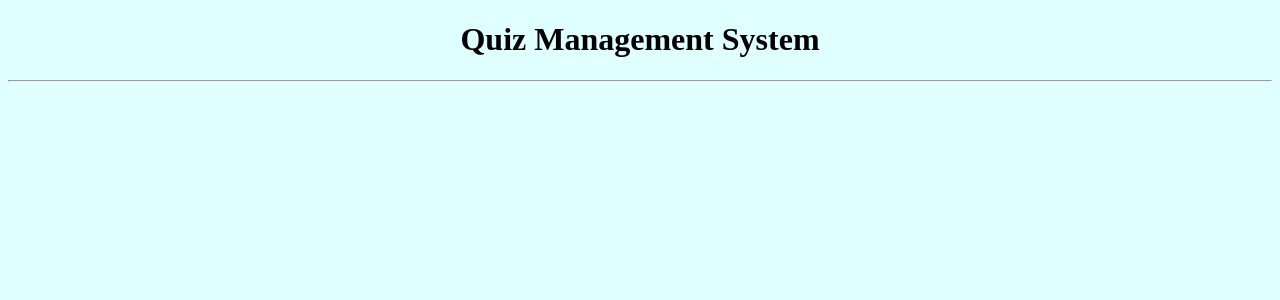
Repository: Rohitsenpai01/Quiz-Manangement-System
Page: http://localhost/WebQuizApp/admin.jsp
The author's editor kept a copy of each file at every save. The page is drawn from the files as they stood at one save, then again after the next save.
The browser window is 1280 px wide. The pictures show the whole page.
The page is served by Tomcat 9.

Above is the page before, as saved 2025-12-29 06:46:24.

After the next save:
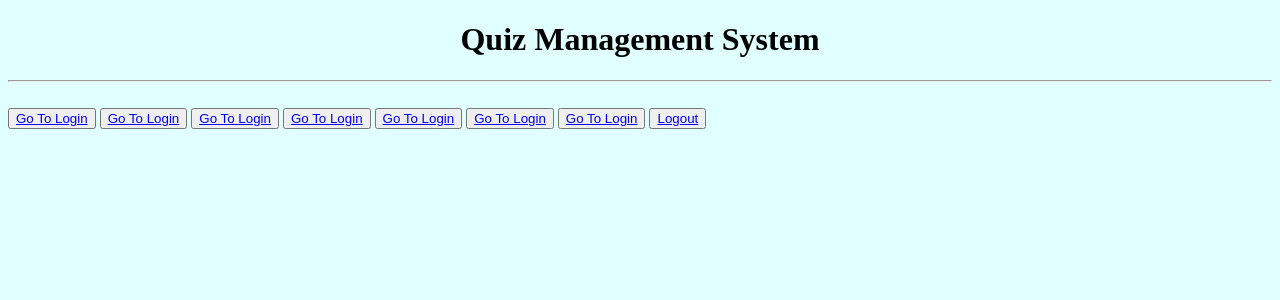
Saved 2 min 4 s later.
--- a/WebQuizApp/WebQuizApp/src/main/webapp/admin.jsp
+++ b/WebQuizApp/WebQuizApp/src/main/webapp/admin.jsp
@@ -8,6 +8,13 @@
 </head>
 <body bgcolor="${initParam.theme}">
 	<h1 style="text-align: center;">${initParam.appTitle}</h1><hr><br>
-
+	<button><a href="index.jsp">Go To Login</a></button>
+	<button><a href="index.jsp">Go To Login</a></button>
+	<button><a href="index.jsp">Go To Login</a></button>
+	<button><a href="index.jsp">Go To Login</a></button>
+	<button><a href="index.jsp">Go To Login</a></button>
+	<button><a href="index.jsp">Go To Login</a></button>
+	<button><a href="index.jsp">Go To Login</a></button>
+	<button><a href="logout.jsp">Logout</a></button>
 </body>
 </html>
